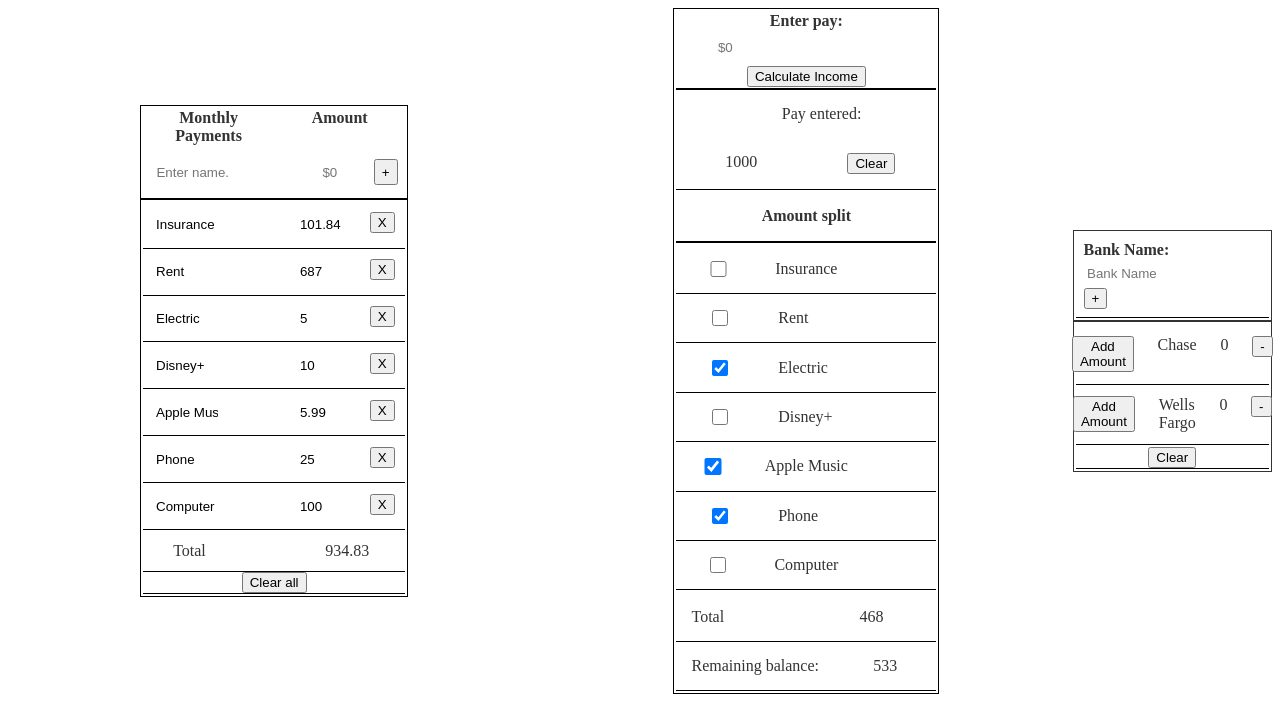
Repository: Kayla-amr/final-project-vue
Page: /
These files come from the project's save history. The page is drawn as it stood at one moment and after the next save; the edit follows.
The browser window is 1280 px wide. The page is 1281 px wide, so the pictures cover 1281 px, including what lies to the right of the window. The pictures show the whole page.
The project was rebuilt for these pictures with package versions that can differ from the ones it lists, and the page was loaded fresh each time. Also part of the build but not shown: vite.config.js.

Above is the page before, as saved 2023-04-12 13:45:18.

### src/App.vue
<script setup>
import OutcomeForm from './components/OutcomeForm.vue';
import DocumentBudget from './components/DocumentBudget.vue';
import SplitBudget from './components/SplitBudget.vue';
import BankTransfer from './components/BankTransfer.vue';


</script>

<template>

    <div id="app">
        <div class="budgetFormList">
            <outcome-form @add:budget="addBudgets" />
            <document-budget :budgets="budgets"/>
        </div>
        <div class="incomeSplitList">
            <split-budget :budgets="budgets" @add:income="addIncomes" :incomes="incomes"/>
        </div>
        <div class="bankTransferList" >
            <bank-transfer  @add:bank="addBanks" :banks="banks" :budgets="budgets"/>
        </div>
    </div>
</template>

<script>
export default {
    name: 'app',
    components: {
        OutcomeForm,
        DocumentBudget,
        SplitBudget,
        BankTransfer
    },
    data() {
        return {
            budgets: [
                {
                    id: 1,
                    name: "Insurance",
                    amount: 101.84,
                    selected: false
                },
                {
                    id: 2,
                    name: "Rent",
                    amount: 687,
                    selected: false
                },
                {
                    id: 3,
                    name: "Electric",
                    amount: 5,
                    selected: true
                },
                {
                    id: 4,
                    name: "Disney+",
                    amount: 10,
                    selected: false
                },
                {
                    id: 5,
                    name: "Apple Music",
                    amount: 5.99,
                    selected: true
                },

                {
                    id: 6,
                    name: "Phone",
                    amount: 25,
                    selected: true
                },
                {
                    id: 7,
                    name: "Computer",
                    amount: 100,
                    selected: false
                }
            ],
            incomes: [
                {
                    id: 1,
                    amount: 1000,
                }

            ],
            banks: [
                {
                    id: 1,
                    name: "Chase",
                    amount: 0,
                },
                {
                    id: 2,
                    name: "Wells Fargo",
                    amount: 0,
                }
            ]
        }
    },

    //map method  or filter

    //property in object true or false



    methods: {
        addBudgets(budget) {
            const addId = this.budgets.length > 0 ? this.budgets[this.budgets.length - 1].id : 0;
            const id = addId + 1;

            const newBudgets = {
                id,
                ...budget
            }

            this.budgets = [...this.budgets, newBudgets]

        },
        addIncomes(income) {
            const addId = this.incomes.length > 0 ? this.incomes[this.incomes.length - 1].id : 0;
            const id = addId + 1;

            const newIncomes = {
                id,
                ...income
            }

            this.incomes = [...this.incomes, newIncomes]
        },
        addBanks(bank) {
            const addId = this.banks.length > 0 ? this.banks[this.banks.length - 1].id : 0;
            const id = addId + 1;

            const newBanks = {
                id,
                ...bank
            }

            this.banks = [...this.banks, newBanks]
        },

    }
}
</script>

<style>
#app {
    display: flex;
    flex-direction: row;
    align-items: center;
    width: 100%;
    height: 100%;
    color: #333;
}

.budgetFormList {
    width: 100%;
}

.incomeSplitList {
    width: 100%;
}
</style>

### src/components/OutcomeForm.vue
<template>
  <div>
    <form @submit.prevent="handleSubmit" class="outcomeForm">
      <table>
        <thead>
          <tr>
            <th>Monthly Payments</th>
            <th>Amount</th>
          </tr>
        </thead>
        <tbody>
          <tr>
            <td>
              <input class="name" type="text" v-model="budgets.name" placeholder="Enter name...">
            </td>
            <td class="otd">
              <input class="amount" type="text" v-model="budgets.amount" placeholder="$0" />

              <button type="submit">+</button>
            </td>
          </tr>
        </tbody>
      </table>
    </form>
  </div>
</template>

//Look for string in total and make them numbers

<script>

export default {
  name: 'outcome-form',
  data() {
    return {
      budgets: {
        name: "",
        amount:""
      }
    }
  },
  methods: {
    handleSubmit() {
      const budget = {
        name: this.budgets.name,
        amount: this.budgets.amount
      }
      this.$emit('add:budget', budget)
    }
  }
}
</script>

<style>
table{
    width: 100%;
}
.outcomeForm {
    margin: 0 auto;
    width: 50%;
    border: 1px solid black;
    border-collapse: collapse;
}

.outcomeForm th{
  width: 100%;
}
.otd {
  display: flex;
}
.outcomeForm tr{
    border: none;
    justify-content: space-between;

}

input{
  padding: 2% 0;
  margin: 2% ;
  width: inherit;
  border: none;
}

.name{
    width: 50%;
}
.amount{
    width: 50px;
}
</style>

### src/components/DocumentBudget.vue
<template>
    <div class="document-budget">
        <table>
            <tbody>
                <tr class="budgetList" v-for="budget in budgets" :key="budget.id">
                    <td class="name"> <input type="text" v-model="budget.name"></td>
                    <td class="amount"><input type="text" v-model="budget.amount"></td>
                    <td><button @click="removeBudget(budget.id)">X</button></td>
                </tr>
            </tbody>
            <tfoot>
                <tr>
                    <td class="name">Total</td>
                    <td class="amount">{{ total }}</td>
                </tr>
                <tr><button @click="clearAll()">Clear all</button></tr>
            </tfoot>
        </table>
    </div>

</template>

<script>
export default {
    name: 'document-budget',
    props: {
        budgets: Array
    },
    computed: {
        total() {
    return this.budgets.reduce((total, budget) => {
      return total + parseFloat(budget.amount)
    }, 0)
  }

    },
    methods: {
        removeBudget(id) {
            const index = this.budgets.findIndex(budget => budget.id === id)
            // eslint-disable-next-line vue/no-mutating-props
            this.budgets.splice(index, 1)
        },
        clearAll(){
            // eslint-disable-next-line vue/no-mutating-props
            this.budgets.splice(0, this.budgets.length)
        },
    }
}
</script>

<style>
.document-budget {
    margin: 0 auto;
    width: 50%;
    border: 1px solid black;
    border-collapse: collapse;
}
tr{
    width: 100%;
    display: flex;
    border: none;
    justify-content: center;
    border-bottom: 1px solid black;

}
td{
    border: none;
    padding: 2%;
    margin: 2%;
}

tfoot td{
    width: 100%;
}
.document-budget .amount button{
    margin-left: 10px;
}
.amount{
    display: flex;
    flex-direction: row;
    align-items: center;
}

.budgetDivided{
    width: 20%;
}

.budgetDivided td{
    padding: 10px;
    display: flex;
    justify-content: center;
}

</style>

### src/components/SplitBudget.vue
<template>
    <div>

        <table>
            <thead>

            </thead>
            <tbody>

            </tbody>
        </table>
    </div>
    <div>
        <table class="budgetDivided">
            <thead>
                <tr>
                    <th>
                        <form @submit.prevent="handleSubmit">
                            <label for="amount">Enter pay:</label>
                            <input type="text" id="amount" v-model="income.amount" placeholder="$0" />
                            <button type="submit">Calculate Income</button>
                        </form>
                    </th>
                </tr>

                <td>Pay entered: </td>
                <tr v-for="income in incomes" :key="income.id">
                    <td>{{ income.amount }}</td>
                    <td> <button type="delete" @click="deleteIncome(income.id)">Clear</button></td>
                </tr>
                <tr>
                    <th>
                    <td>Amount split</td>
                    </th>

                </tr>

            </thead>
            <tbody>
                <tr v-for="budget in budgets" :key="budget.id">
                    <td>
                        <input type="checkbox" v-model="budget.selected"/>
                    </td>
                    <td class="name">{{ budget.name }}</td>
                    <td>
                        {{ splitBudget(budget.amount) }}
                    </td>
                </tr>
            </tbody>
            <tfoot>
                <tr>
                    <td class="name">Total</td>
                    <td class="amount totalDivided">{{ Math.ceil(totalDivided) }}</td>
                </tr>
                <tr v-for="income in incomes" :key="income.id">
                    <td>Remaining balance:</td>
                    <td>{{ Math.ceil(income.amount - totalDivided) }}</td>
                </tr>
            </tfoot>
        </table>
    </div>
</template>

<script>
export default {
    name: 'split-budget',
    props: {
        budgets: Array,
        incomes: Array,
        banks: Array
    },
    emits: ['add:income'],
    computed: {
        total() {
            return this.budgets.reduce((total, budget) => {
                return total + budget.amount
            }, 0)
        },
        totalDivided() {
            return this.budgets.reduce((total, budget) => {
                return total + budget.amount / 2
            }, 0)
        }

    },
    data() {
        return {
            income: {
                name: '',
                amount: ''
            }
        }
    },
    methods: {
        handleSubmit() {
            this.$emit('add:income', this.income)
            this.income = {
                name: '',
                amount: ''
            }
        },
        deleteIncome(id) {
            const index = this.incomes.findIndex(income => income.id === id)
            // eslint-disable-next-line vue/no-mutating-props
            this.incomes.splice(index, 1)
        },
        splitBudget(){

        }
    }
}
</script>

<style>
.budgetDivided {
    margin: 0 auto;
    width: 50%;
    border: 1px solid black;
}

.budgetDivided th {
    width: 100%;
    display: flex;
    justify-content: center;
    border-bottom: 1px solid black;
}

.budgetDivided td {
    width: 100%;
    display: flex;
    white-space: nowrap;
}

.budgetDivided .name {
    display: flex;
    justify-content: flex-start;
}
</style>

### src/components/BankTransfer.vue
<template>
    <div>
        <form @submit.prevent="handleSubmit">
            <table>
                <thead>
                    <tr>
                        <th>
                            <label for="name">Bank Name:</label>
                            <input type="text" id="bankName" v-model="bank.name" placeholder="Bank Name" />
                            <button type="submit">+</button>
                        </th>
                    </tr>
                </thead>
            </table>
        </form>
    </div>
    <div>
        <table>
            <tbody>
                <tr v-for="bank in banks" :key="bank.id">
                    <td><button type="transfer" @click="transferSelectedBudget(bank.id)">Add Amount</button></td>
                    <td>{{ bank.name }}</td>
                    <td>{{ bank.amount }}</td>
                    <td> <button type="delete" @click="removeBank(bank.id)">-</button></td>
                </tr>
            </tbody>
            <tfoot>
                <tr>
                    <button type="clear" @click="clearTransfer">Clear</button>
                </tr>
            </tfoot>
        </table>
    </div>
</template>

<script>
export default {
    name: 'bank-transfer',
    props: {
        banks: Array,
        budgets: Array
    },
    emits: ['add:bank'],
    computed: {
        total() {
            return this.banks.reduce((total, bank) => {
                return total + bank.amount
            }, 0)
        }

    },
    data() {
        return {
            bank: {
                name: '',
                amount: 0
            }
        }
    },
    methods: {
        removeBank(id) {
            const index = this.banks.findIndex(bank => bank.id === id)
            // eslint-disable-next-line vue/no-mutating-props
            this.banks.splice(index, 1)
        },
        handleSubmit() {
            this.$emit('add:bank', this.bank)
            this.bank = {
                name: "",
                amount: 0
            }
        },
        transferSelectedBudget(id) {
            const selectedBudgets = this.budgets.filter(budget => budget.selected);
            const totalSelectedBudgetsAmount = selectedBudgets.reduce((total, budget) => {
                return Math.ceil(total + budget.amount / 2);
            }, 0);

            if (selectedBudgets.length > 0) {
                const bank = this.banks.find(bank => bank.id === id);
                bank.amount += totalSelectedBudgetsAmount;
            }
        },
        clearTransfer() {
            this.banks.forEach(bank => {
                bank.amount = 0;
            })
        }

    }
}
</script>

<style scoped>
table {
    width: 100%;
    border: 1px solid #333;
}
th,
td {
    padding: 0.5rem;
}

th {
    text-align: left;
}
</style>

Loaded but not shown: index.html (common file); src/main.js (common file)

After the next save:
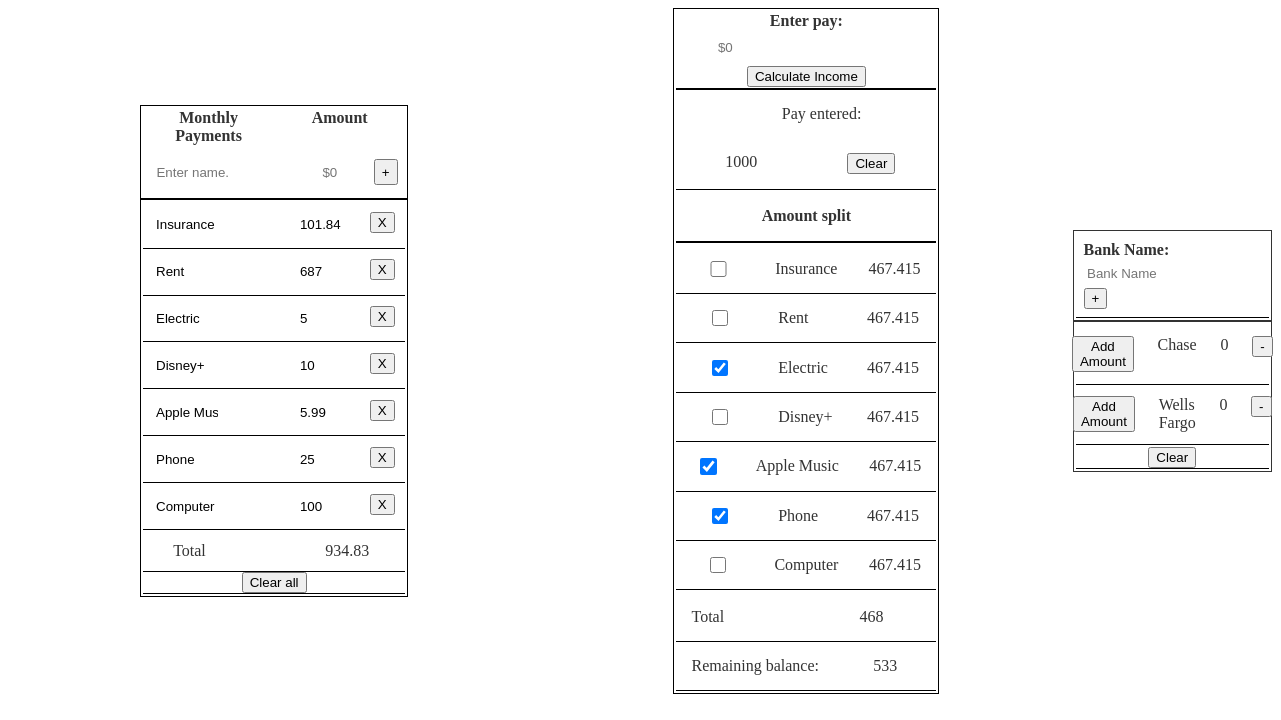
Saved 9 s later.
--- a/src/components/SplitBudget.vue
+++ b/src/components/SplitBudget.vue
@@ -105,7 +105,9 @@
             this.incomes.splice(index, 1)
         },
         splitBudget(){
-
+            return this.budgets.reduce((total, budget) => {
+                return total + budget.amount / 2
+            }, 0)
         }
     }
 }

After the 2 saves that followed:
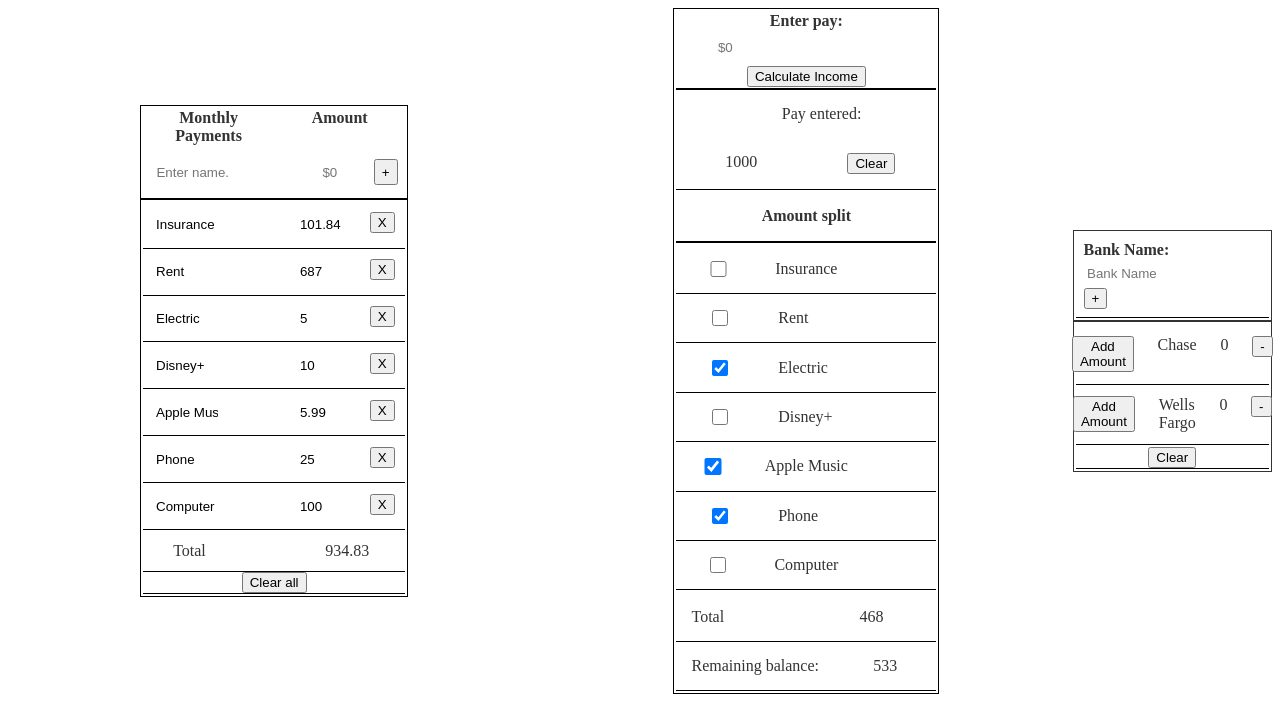
The 2 saves are shown as one change because they came seconds apart.
The last was saved 13 s later.
--- a/src/components/SplitBudget.vue
+++ b/src/components/SplitBudget.vue
@@ -105,9 +105,7 @@
             this.incomes.splice(index, 1)
         },
         splitBudget(){
-            return this.budgets.reduce((total, budget) => {
-                return total + budget.amount / 2
-            }, 0)
+            return
         }
     }
 }
